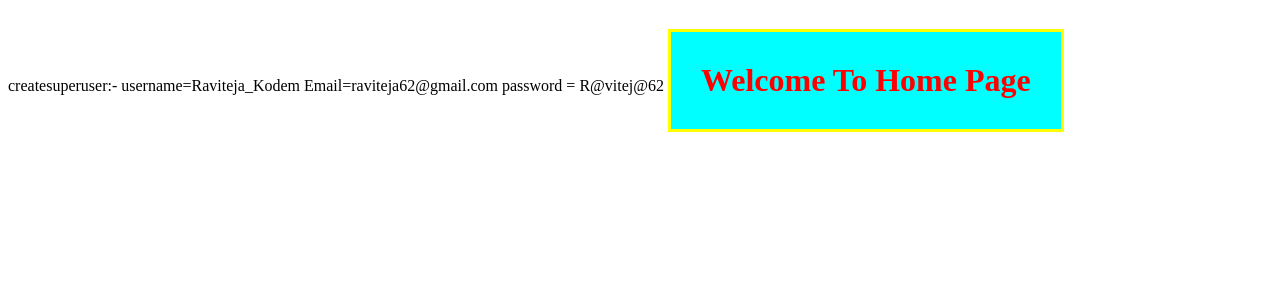
Repository: Raviteja6671/Django
Page: http://localhost/home/
These files come from the project's save history. The page is drawn as it stood at one moment and after a run of saves; the edit follows.
The browser window is 1280 px wide. The pictures show the whole page.
The page is served by the project's application, run on Django 5.2 (myProject/manage.py). Other server files are loaded and not shown.

Above is the page before, as saved 2025-12-07 19:52:38.

### myProject/basic/templates/home.html
<!DOCTYPE html>
<html lang="en">
<head>
    <meta charset="UTF-8">
    <meta name="viewport" content="width=device-width, initial-scale=1.0">
    <title>Document</title>
    <style>
        h1{
            background-color: aqua;
            color: red;
            border: 3px solid yellow;
            display: inline-block;
            padding: 30px;
        }
    </style>
    createsuperuser:-
    username=Raviteja_Kodem
    Email=raviteja62@gmail.com
    password = R@vitej@62
</head>
<body>
    <h1>Welcome To Home Page</h1>
</body>
</html>

### myProject/basic/middleware.py
from django.http import JsonResponse
import re
import json
import jwt
from django.conf import settings

class BasicMiddleware:
    def __init__(self,get_response):
        self.get_response = get_response

    def __call__(self,request):
        print(request,"hello")
        if(request.path=="/student/"):
            print(request.method,"method")
            print(request.path)
        response=self.get_response(request)
        return response

# class signupMiddleware:
#     def __init__(self,get_response):
#         self.get_response = get_response
#     def __call__(self, request):
#         data = json.loads(request.body)
#         username=data.get('username')
#         email=data.get("email")
#         dob=data.get("dob")
#         password=data.get("pswd")


class basicMiddleware:
    def __init__(self, get_response):
        self.get_response = get_response
        # Define the list of specific URLs to monitor
        self.target_urls = [
            "/add_stu/",
            "/students/",
            "/student/",
            "/health/",
        ]

    def __call__(self, request):
        path = request.path
        print(f"Incoming request → {path}")

        if path in self.target_urls or path.startswith("/student/"):
            print("Middleware is Active for this URL")
            print(f"Method Used → {request.method}")
            print(f"Full Path → {path}")

            # Exp1 Block POST requests for testing
            if path == "/add_stu/" and request.method == "POST":
                print("⚠️ POST request detected on /add_stu/")

            # Exp2 Print user-agent header
            user_agent = request.META.get("HTTP_USER_AGENT", "Unknown")
            print(f"User-Agent: {user_agent}")

        response = self.get_response(request)

        #Exp3 Post-response actions
        if path.startswith("/students/"):
            print("Response successfully returned for student_related URL")

        return response


# 17/11/2025 class task

class SscMiddleware:
    def __init__(self, get_response):
        self.get_response = get_response
    def __call__(self, request):
        if request.path in ["/job1/", "/job2/"]:
            ssc_result = request.GET.get("ssc", "False")
            if ssc_result != "True":
                return JsonResponse({"error": "you should qualify atleast SSC for applying this job"},status=400)
        return self.get_response(request)


class MedicalMiddleware:
    def __init__(self, get_response):
        self.get_response = get_response
    def __call__(self, request):
        if request.path == "/job1/":
            medical_fit_result = request.GET.get("medically_fit", "False")
            if medical_fit_result != "True":
                return JsonResponse(
                    {"error": "your not Medically fit to apply for this job role"},
                    status=400)
        return self.get_response(request)


class AgeMiddleware:
    def __init__(self, get_response):
        self.get_response = get_response
    def __call__(self, request):
        if request.path in ["/job1/", "/job2/"]:
            age = int(request.GET.get("age", 17))
            if age < 18 or age > 25:
                return JsonResponse(
                    {"error": "age must be in between 18 too 25"},
                    status=400)
        return self.get_response(request)





#18/11/2025 class task


class UsernameMiddleware:
    def __init__(self, get_response):
        self.get_response = get_response

    def __call__(self, request):
        if request.path == "/signup/" and request.method == "POST":
            # Read JSON only once
            if not hasattr(request, "json_data"):
                try:
                    request.json_data = json.loads(request.body)
                except:
                    return JsonResponse({"error": "Invalid JSON"}, status=400)
            data = request.json_data
            username = data.get("username", "")
            if not username:
                return JsonResponse({"error": "Username is Required"}, status=400)
            if len(username) < 3 or len(username) > 20:
                return JsonResponse({"error": "Username must be 3 to 20 characters"}, status=400)
            if username[0] in "._" or username[-1] in "._":
                return JsonResponse({"error": "Username cannot start or end with . or _"}, status=400)
            if not re.match(r"^[a-zA-Z0-9._]+$", username):
                return JsonResponse({"error": "Username can contain letters, numbers, . and _ only"}, status=400)
            if ".." in username or "__" in username:
                return JsonResponse({"error": "Username cannot have double dots or double underscores"}, status=400)
        return self.get_response(request)


class EmailMiddleware:
    def __init__(self, get_response):
        self.get_response = get_response

    def __call__(self, request):
        if request.path == "/signup/" and request.method == "POST":
            if not hasattr(request, "json_data"):
                try:
                    request.json_data = json.loads(request.body)
                except:
                    return JsonResponse({"error": "Invalid JSON"}, status=400)
            data = request.json_data
            email = data.get("email", "")
            email_regex = r"^[a-zA-Z0-9._%+-]+@[a-zA-Z0-9.-]+\.[a-zA-Z]{2,}$"
            if not email:
                return JsonResponse({"error": "Email is required"}, status=400)
            if not re.match(email_regex, email):
                return JsonResponse({"error": "Invalid Email format"}, status=400)
        return self.get_response(request)


class PasswordMiddleware:
    def __init__(self, get_response):
        self.get_response = get_response

    def __call__(self, request):
        if request.path == "/signup/" and request.method == "POST":
            if not hasattr(request, "json_data"):
                try:
                    request.json_data = json.loads(request.body)
                except:
                    return JsonResponse({"error": "Invalid JSON"}, status=400)
            data = request.json_data
            password = data.get("password", "")
            password_regex = r"^(?=.*[a-z])(?=.*[A-Z])(?=.*\d)(?=.*[@$!%*#?&._])[A-Za-z\d@$!%*#?&._]{8,}$"
            if not password:
                return JsonResponse({"error": "Password is required"}, status=400)
            if not re.match(password_regex, password):
                return JsonResponse({
                    "error": "Password must contain 8+ characters, uppercase, lowercase, digit, special char"
                }, status=400)
        return self.get_response(request)


class authenticate_middleware():
    def __init__(self,get_response):
        self.get_response  = get_response
    def __call__(self, request):
        if request.path=="/getallusers/":
            token=request.headers.get("Authorization")
            print(token,"token") # prints the bearer <token>
            if not token:
                return JsonResponse({"error":"Authorization token Missing"},status=400)
            token_value=token.split(" ")[1]
            print(token_value,"token_value") # prints ['bearer','<token>']
            try:
                decode_data = jwt.decode(token_value, settings.SECRET_KEY, algorithms=["HS256"])
                print(decode_data,"decoded_data")
                request.token_data = decode_data
            except jwt.ExpiredSignatureError:
                return JsonResponse({"Error":"Token has expired, Please login again"},status=401)
            except jwt.exceptions.InvalidSignatureError:
                return JsonResponse({"error":"invalid token signature"},status=401)

        return self.get_response(request)

### myProject/basic/views.py
from django.shortcuts import render
import json
from django.http import HttpResponse
from django.http import JsonResponse
from django.db import connection
from django.views.decorators.csrf import csrf_exempt
from basic.models import student
from basic.models import Users
from django.conf import settings
import jwt
from datetime import datetime,timedelta
from zoneinfo import ZoneInfo
from django.contrib.auth.hashers import make_password,check_password

# Create your views here.

def sample(request):
    return HttpResponse('hello world')

def sample1(request):
    return HttpResponse('WelCome to Django')

def sampleInfo(request):
    data={"name":"raviteja","age":"22","city":"hyd"}
    # data=[4,6,8]
    return JsonResponse(data)

def dynamicResponse(request):
    name=request.GET.get("name"," Raviteja")
    city=request.GET.get("city","Hyderabad")
    return HttpResponse(f"Hello {name} From {city} !")

def add(request):
    a = int(request.GET.get('a', 8))
    b = int(request.GET.get('b', 9))
    return HttpResponse(f"Addition: {a + b}")

def sub(request):
    a = int(request.GET.get('a', 12))
    b = int(request.GET.get('b', 5))
    return HttpResponse(f"Subtraction: {a - b}")

def mul(request):
    a = int(request.GET.get('a', 18))
    b = int(request.GET.get('b', 4))
    return HttpResponse(f"Multiplication: {a * b}")

def div(request):
    a = int(request.GET.get('a', 8))
    b = int(request.GET.get('b', 6))  # Avoid division by zero default
    try:
        result = a / b
    except ZeroDivisionError:
        return HttpResponse("Error: Division by zero")
    return HttpResponse(f"Division: {result}")

# Health check endpoint
def health(request):
    try:
        with connection.cursor() as c:
            c.execute("SELECT 1")
        return JsonResponse({"status": "ok", "db": "connected"})
    except Exception as e:
        return JsonResponse({"status": "error", "db": str(e)})



# POST - Create new student
@csrf_exempt
def add_student(request):
    print(request.method)
    if request.method == "POST":
        data = json.loads(request.body)
        email = data.get("email")
        # Check if email already exists
        if student.objects.filter(email=email).exists():
            return JsonResponse({"error": "Email already exists"}, status=400)
        # Create new student
        stu = student.objects.create(
            name=data.get("name"),
            age=data.get("age"),
            email=email
        )
        return JsonResponse({"status": "success", "id": stu.id}, status=201)

# GET - Retrieve all students
    elif request.method == "GET":
        result = list(student.objects.values())
        return JsonResponse({"status": "success", "data": result}, status=200)

# DELETE - Delete student by ID
    elif request.method == "DELETE":
        data = json.loads(request.body)
        ref_id = data.get("id")
        try:
            deleting_data = student.objects.filter(id=ref_id).values().first()
            if not deleting_data:
                return JsonResponse({"error": "Student not found"}, status=404)
            student.objects.get(id=ref_id).delete()
            return JsonResponse({
                "status": "deleted",
                "deleted_data": deleting_data
            }, status=200)
        except student.DoesNotExist:
            return JsonResponse({"error": "Student not found"}, status=404)

# PUT - Full update (update all fields)
    elif request.method == "PUT":
        data = json.loads(request.body)
        ref_id = data.get("id")
        try:
            stu = student.objects.get(id=ref_id)
        except student.DoesNotExist:
            return JsonResponse({'error': "Student not found"}, status=404)
        # Check if new email already exists
        new_email = data.get("email")
        if student.objects.filter(email=new_email).exclude(id=ref_id).exists():
            return JsonResponse({"error": "Email already exists"}, status=400)
        stu.name = data.get("name", stu.name)
        stu.age = data.get("age", stu.age)
        stu.email = data.get("email", stu.email)
        stu.save()
        updated_data = student.objects.filter(id=ref_id).values().first()
        return JsonResponse({"status": "full update success", "updated_data": updated_data}, status=200)

# PATCH - Partial update (only update specific fields)
    elif request.method == "PATCH":
        data = json.loads(request.body)
        ref_id = data.get("id")
        try:
            stu = student.objects.get(id=ref_id)
        except student.DoesNotExist:
            return JsonResponse({'error': "Student not found"}, status=404)
        # Update only fields provided in the request
        if "name" in data:
            stu.name = data["name"]
        if "age" in data:
            stu.age = data["age"]
        if "email" in data:
            new_email = data["email"]
            # Check if email already exists
            if student.objects.filter(email=new_email).exclude(id=ref_id).exists():
                return JsonResponse({"error": "Email already exists"}, status=400)
            stu.email = new_email
        stu.save()
        updated_data = student.objects.filter(id=ref_id).values().first()
        return JsonResponse({"status": "partial update success", "updated_data": updated_data}, status=200)

    return JsonResponse({'error': "Unsupported method"}, status=405)



# 11/11/2025 task operations

def get_all_students(request):
    students = student.objects.all()
    data = list(students.values())
    return JsonResponse(data, safe=False)

def get_student_by_id(request, id):
    try:
        s = student.objects.get(id=id)
        data = {'id': s.id, 'name': s.name, 'age': s.age, 'email': s.email}
        return JsonResponse(data)
    except student.DoesNotExist:
        return JsonResponse({'error': 'Student not found'}, status=404)

def filter_students_age_gte_20(request):
    students = student.objects.filter(age__gte=20)
    data = list(students.values())
    return JsonResponse(data, safe=False)

def filter_students_age_lte_25(request):
    students = student.objects.filter(age__lte=25)
    data = list(students.values())
    return JsonResponse(data, safe=False)

def get_unique_ages(request):
    ages = student.objects.values_list('age', flat=True).distinct()
    return JsonResponse(list(ages), safe=False)

def count_total_students(request):
    total = student.objects.count()
    return JsonResponse({'total_students': total})


def job1(request):
    return JsonResponse({"message":"You have successfully applied for job1"},status=200)

def job2(request):
    return JsonResponse({"Message":"you have successfully applied for job2"},status=200)



# 18/11/2025 class

@csrf_exempt               #POST OPERATION
def signUp(request):
    if request.method == "POST":
        data = request.json_data   # <-- use this

        username = data.get("username")
        email = data.get("email")
        password =make_password(data.get("password"))

        if not username or not email or not password:
            return JsonResponse({"Message": "All fields are required"}, status=400)

        user = Users.objects.create(
            username=username,
            email=email,
            password=password
        )

        return JsonResponse({"Message": "User Registered", "id": user.id}, status=200)

    return JsonResponse({"Message": "Invalid Request Method"}, status=405)


@csrf_exempt                              # GET OPERATION
def getUsers(request):
    if request.method == "GET":
        users = Users.objects.all()

        data = []
        for user in users:
            data.append({
                "id": user.id,
                "username": user.username,
                "email": user.email,
                "password": user.password   # If you want to hide password, tell me
            })

        return JsonResponse({"users": data}, status=200)

    return JsonResponse({"Message": "Invalid Request Method"}, status=405)



@csrf_exempt                            # DELETE OPERATION
def deleteUser(request, id):
    if request.method == "DELETE":
        try:
            user = Users.objects.get(id=id)
            user.delete()
            return JsonResponse({"Message": "User Deleted Successfully", "id": id}, status=200)
        except Users.DoesNotExist:
            return JsonResponse({"Message": "User Not Found"}, status=404)

    return JsonResponse({"Message": "Invalid Request Method"}, status=405)


# @csrf_exempt
# def login(request):
#     if request.method=="POST":
#         data=request.POST
#         print(data)
#         username=data.get('username')
#         password=data.get("password")
#         try:
#             user=Users.objects.get(username=username)
#             if check_password(password,user.password):
#                 token="a json web token"

#                 return JsonResponse({"status":"successfully Loggedin","token":token},status=200)
#             else:
#                 return JsonResponse({"status":"failure","message":"invalid password"},status=400)
#         except Users.DoesNotExist:
#             return JsonResponse({"status":"failure","message":"user not found"},status=400)

@csrf_exempt
def login(request):
    if request.method == "POST":
        data = request.POST
        username = data.get("username")
        password = data.get("password")

        try:
            user = Users.objects.get(username=username)
            issued_time=datetime.now(ZoneInfo("Asia/Kolkata"))
            expired_time=issued_time+timedelta(minutes=50)
            if password == user.password:
                # token="a json web token"
                payload = {
                    "username": user.username,
                    "email": user.email,
                    "id": user.id,
                    "exp":expired_time
                }
                #creating jwt token
                token = jwt.encode(payload, settings.SECRET_KEY, algorithm="HS256")
                return JsonResponse({"status": "successfully Loggedin", "token": token,"issued_at":issued_time,"Token_expired_at":expired_time,"Token_expires_in-Minitues_is":int((expired_time-issued_time).total_seconds()/60)}, status=200)
            else:
                return JsonResponse({"status": "failure", "message": "invalid password"}, status=400)
        except Users.DoesNotExist:
            return JsonResponse({"status": "failure", "message": "user not found"}, status=400)



@csrf_exempt
def check(request):
    hashed="pbkdf2_sha256$1000000$oWRnje0wvfd1GDEWVxl1cH$ISOcbGnboV91VHZ9hLKmh+kOIwxLHACntmEfaRKMd+4="
    ipdata=request.POST
    print(ipdata)
    #hashed=make_password(ipdata.get('ip'))
    x=check_password(ipdata.get("ip"),hashed)
    print(x)
    return JsonResponse({"status":"success","data":x},status=200)


@csrf_exempt
def getAllUsers(request):
    if request.method == "GET":
        users = list(Users.objects.values())
        print(request.token_data, "token_data in view")
        print(request.token_data.get("username"), "username from token")
        print(users, "users list")
        token_username = request.token_data.get("username")
        usernames = [u["username"] for u in users]
        if token_username not in usernames:
            return JsonResponse({"error": "unauthorized access"}, status=401)
        return JsonResponse({"status": "success", "data": users}, status=200)

    return JsonResponse({"status": "failed", "message": "Only GET method allowed"}, status=400)


def home(request):
    return render(request,'home.html')

def aboutus(request):
    return render(request,'aboutus.html')

### myProject/myProject/urls.py
"""
URL configuration for myProject project.

The `urlpatterns` list routes URLs to views. For more information please see:
    https://docs.djangoproject.com/en/5.1/topics/http/urls/
Examples:
Function views
    1. Add an import:  from my_app import views
    2. Add a URL to urlpatterns:  path('', views.home, name='home')
Class-based views
    1. Add an import:  from other_app.views import Home
    2. Add a URL to urlpatterns:  path('', Home.as_view(), name='home')
Including another URLconf
    1. Import the include() function: from django.urls import include, path
    2. Add a URL to urlpatterns:  path('blog/', include('blog.urls'))
"""
from django.contrib import admin
from django.urls import path
from basic.views import sample
from basic.views import sample1
from basic.views import sampleInfo
from basic.views import dynamicResponse
from basic.views import add, sub, mul, div, health, add_student, check, login, getAllUsers, home, aboutus
from basic.views import get_all_students, get_student_by_id, filter_students_age_gte_20,  filter_students_age_lte_25, get_unique_ages, count_total_students
from basic.views import job1,job2,signUp
from basic import views

urlpatterns = [
    path('admin/', admin.site.urls),
    path('greet/',sample),
    path('53r54r/',sample1),
    path('info/',sampleInfo),
    path('name/',dynamicResponse),
    path('add/', add),
    path('sub/', sub),
    path('mul/', mul),
    path('div/', div),
    path('health/',health),
    path('add_stu/',add_student),
    path('job1/',job1),
    path('job2/',job2),
    path('check/',check),
    path('login/',login),
    path('getallusers/',getAllUsers),
    path("signup/", views.signUp),
    path("get-users/", views.getUsers),
    path("delete-user/<int:id>/", views.deleteUser),
    path('home/',home),
    path('aboutus/',aboutus),


    path('students/', get_all_students, name='get_all_students'),
    path('student/<int:id>/', get_student_by_id, name='get_student_by_id'),
    path('students/age_gte_20/', filter_students_age_gte_20, name='filter_students_age_gte_20'),
    path('students/age_lte_25/', filter_students_age_lte_25, name='filter_students_age_lte_25'),
    path('students/unique_ages/', get_unique_ages, name='get_unique_ages'),
    path('students/count/', count_total_students, name='count_total_students'),
]

After the next 2 saves:
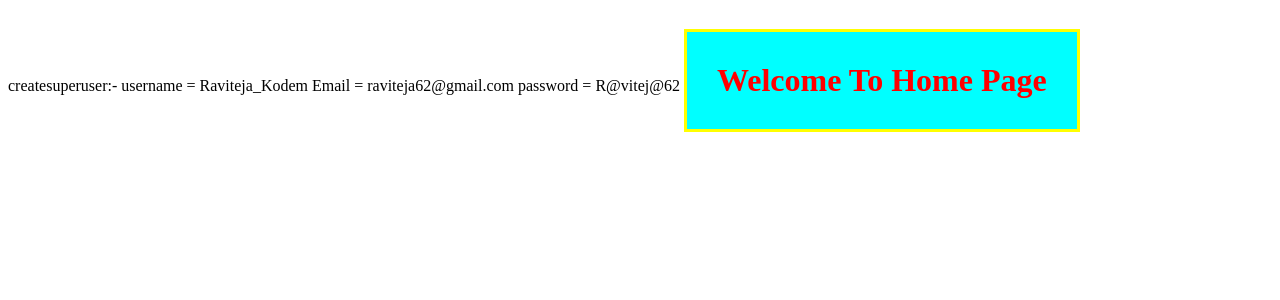
The 2 saves are shown as one change because they came seconds apart.
The last was saved 7 s later.
--- a/myProject/basic/templates/home.html
+++ b/myProject/basic/templates/home.html
@@ -14,8 +14,8 @@
         }
     </style>
     createsuperuser:-
-    username=Raviteja_Kodem
-    Email=raviteja62@gmail.com
+    username = Raviteja_Kodem
+    Email = raviteja62@gmail.com
     password = R@vitej@62
 </head>
 <body>
